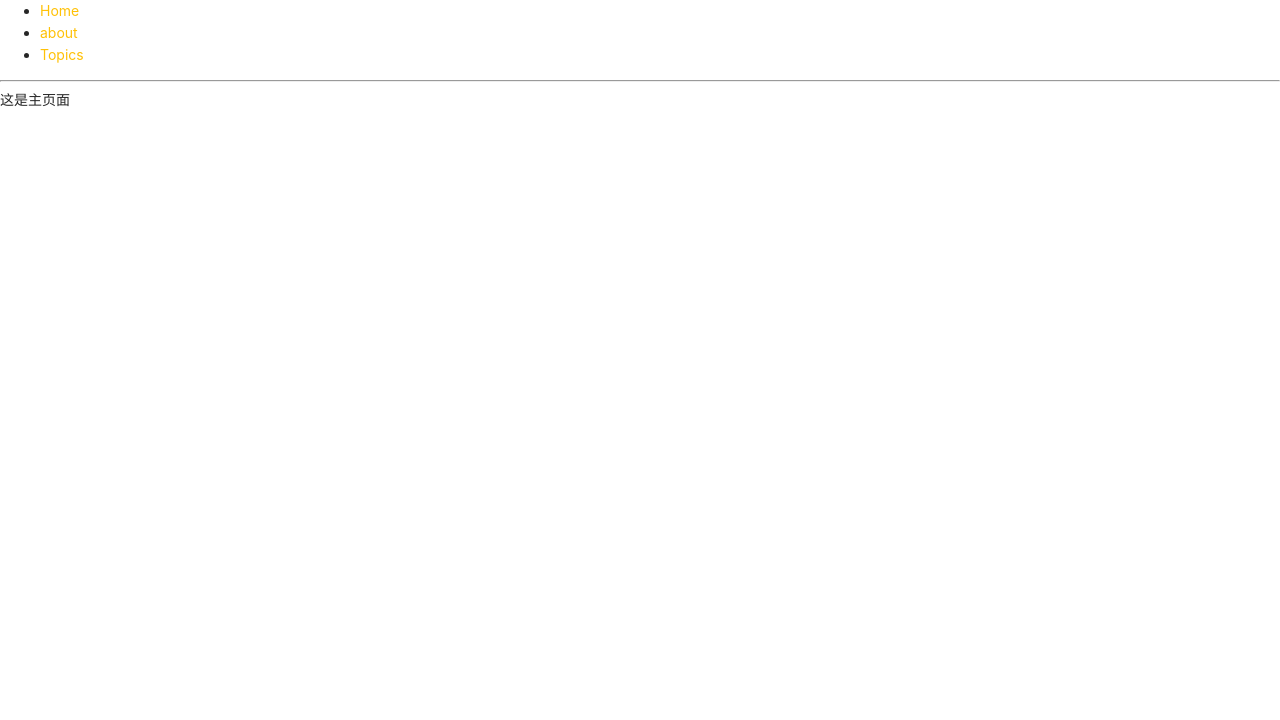
Repository: longjie31/lj-bike-sharing
Page: / (app in bike-sharing/)
These files come from the project's save history. The page is drawn as it stood at one moment and after a run of saves; the edit follows.
The browser window is 1280 px wide. The pictures show the whole page.
The project was rebuilt for these pictures with package versions that can differ from the ones it lists, and the page was loaded fresh each time. Also part of the build but not shown: bike-sharing/craco.config.js, bike-sharing/src/pages/route_demo/route1/about.js, bike-sharing/src/pages/route_demo/route1/topic.js.

Above is the page before, as saved 2020-07-31 15:35:37.

### bike-sharing/src/index.js
import React from 'react';
import ReactDOM from 'react-dom';
import './index.css';
//import App from './App';
// import Life from './pages/demo/life';
import Admin from './admin';
import * as serviceWorker from './serviceWorker';
import 'antd/dist/antd.less';
import Home from './pages/route_demo/route1/Home'
/* <Admin /> */
ReactDOM.render(
  <React.StrictMode>
    <Home />
  </React.StrictMode>,
  document.getElementById('root')
);

// If you want your app to work offline and load faster, you can change
// unregister() to register() below. Note this comes with some pitfalls.
// Learn more about service workers: https://bit.ly/CRA-PWA
serviceWorker.unregister();

### bike-sharing/src/pages/route_demo/route1/Home.js
import React from 'react'
import {HashRouter,Route,Link,Switch} from 'react-router-dom'
import Main from './main';
import About from './about';
import Topic from './topic';

export default class Home extends React.Component{
    render(){
        return(
            <HashRouter>
               <div>
                    <ul>
                        <li>
                            <Link to='/'>Home</Link>
                        </li>
                        <li>
                            <Link to='/about'>about</Link>
                        </li>
                        <li>
                            <Link to='/topics'>Topics</Link>
                        </li>
                    </ul>
                    <hr></hr>
                    <Switch>
                        <Route exact={true} path="/" component={Main}></Route>
                        <Route exact={true} path="/about" component={About}></Route>
                        <Route exact={true} path="/topics" component={Topic}></Route>
                    </Switch>
                </div>
            </HashRouter>
        );
    }
}

### bike-sharing/src/pages/route_demo/route1/main.js
import React from 'react'

export default class Main extends React.Component{
    render(){
        return(
               <div>
                    这是主页面
                </div>
        );
    }
}

### bike-sharing/src/admin.js
import React from 'react';
import { Row,Col } from 'antd';// 对象的解构，这样就是按需加载
import Header from './components/header/index';
import Footer from './components/footer/index';
import Navleft from './components/Navleft/index';
import Home from './pages/home/index';

import './style/component.less'
export default class Admin extends React.Component{
    // 内容,this.props.children就是ng里的router-outlet {this.props.children}
    render(){
        return (
            <Row className="container">
                <Col span="4" className="nav-left">
                    <Navleft></Navleft>
                </Col>
                <Col span="20" className="main">
                    <Header></Header>
                    <Row className="content">
                        <Home></Home>
                    </Row>
                    <Footer>
                    </Footer>
                </Col>
            </Row>
        );
    }
}

### bike-sharing/src/components/header/index.js
import React from 'react';
import { Row,Col } from 'antd';
import './index.less';
import Util from '../../utils/utils';
import axios from '../../axios/index';

export default class Header extends React.Component{
    state = {}
    // 天气接口值
    // http://api.map.baidu.com/telematics/v3/weather?location=成都&output=json&ak=3HtKGR9rFs5ofitNGG18EsrI25VUz4pU
    // 网上找的这个可以用
    // http://api.map.baidu.com/telematics/v3/weather?location=foshan&output=json&ak=3p49MVra6urFRGOT9s8UBWr2
    componentWillMount(){
        this.setState({
            userName:'破军'
        })
        setInterval(()=>{
            let sysTime = Util.formateDate(new Date().getTime());
            this.setState({
                sysTime
            })
        },1000)
        this.getWeatherAPIData();
    }

    getWeatherAPIData(){
        let city ='成都';
        axios.jsonp({
            url:'http://api.map.baidu.com/telematics/v3/weather?location='+ encodeURIComponent(city) +'&output=json&ak=3p49MVra6urFRGOT9s8UBWr2',
        }).then((res)=>{
            if(res.status==='success'){
                let data = res.results[0].weather_data[0];
                this.setState({
                    dayPictureUrl:data.dayPictureUrl,
                    weather:data.weather
                })

            }
        });
    }

    render(){
        return(
            <div className="header">
                <Row className="header-top">
                    <Col span="24">
                        <span>欢迎，{this.state.userName}</span>
                        <a href="#">退出</a>
                    </Col>
                </Row>
                <Row className="breadcrumb">
                    <Col span="4" className="breadcrumbTitle">
                        首页
                    </Col>
                    <Col span="20" className="weather">
                        <span className="date">
                            {this.state.sysTime}
                        </span>
                        <span className="weather-img">
                            <img src={this.state.dayPictureUrl} alt="" />
                        </span>
                        <span className="weather-detail">
                            {this.state.weather}
                        </span>
                    </Col>
                </Row>
            </div>
        );
    }
}

### bike-sharing/src/components/footer/index.js
import React from 'react';
import './index.less'
export default class Footer extends React.Component{
    render(){
        return(
            <div className="footer">
                版权所有：鸭脑壳（推荐使用谷歌浏览器，获得更佳体验），技术支持--鸭脑壳
            </div>
        );
    }
}

### bike-sharing/src/components/Navleft/index.js
import React from 'react';
import MenuConfig from './../../config/menuConfig'
import { Menu, Button } from 'antd';
import {
  AppstoreOutlined,
  MenuUnfoldOutlined,
  MenuFoldOutlined,
  PieChartOutlined,
  DesktopOutlined,
  ContainerOutlined,
  MailOutlined,
} from '@ant-design/icons';
import './index.less';

const { SubMenu } = Menu;


export default class Navleft extends React.Component{

    componentWillMount(){
        const menuTreeNode = this.renderMenu(MenuConfig);
        // 获取变量以后，要用setState存进去，一旦调用setState就会调用render
        this.setState({
            menuTreeNode
        });
    }

    // 菜单渲染 有子节点渲染submenu，没有子节点渲染menu.item这和antd里的一样
    renderMenu =(data)=>{
        return data.map((item)=>{
            if(item.children){
                return (
                    <SubMenu title={item.title} key={item.key}>
                        {this.renderMenu(item.children)}
                    </SubMenu>
                );
            }
        return <Menu.Item  title={item.title} key={item.key}>{item.title}</Menu.Item>
        })
    }

    render(){
        return(
            <div>
                <div className="logo">
                    <img src="/assets/icon_log.svg" alt=""/>
                    <h1>鸭之后台</h1>
                </div>
                <Menu theme='dark'>
                {this.state.menuTreeNode}
                </Menu>
            </div>
        );
    }
}

### bike-sharing/src/pages/home/index.js
import React from 'react'
import './index.less'
export default class Home extends React.Component{

    render(){
        return(
            <div className="home-wrap">
                欢迎来到，主页面
            </div>
        );
    }
}

### bike-sharing/src/style/component.less
@import './default.less';

.container{
    .nav-left{
        background-color: #001529;
        min-width: 180px;
        height: calc(100vh);
    }
    .main{
        height: calc(100vh);
        background-color: @colorL;
        .content{
            padding: 20px;
        }
    }
}

### bike-sharing/src/components/header/index.less
@import './../../style/default.less';
.header{
    background-color: @colorM;
    .header-top{
        text-align: right;
        height: 60px;
        line-height: 60px;
        padding: 0 20px;
        a{
            margin-left: 1em;
        }
    }
    .breadcrumb{
        height: 40px;
        line-height: 40px;
        padding: 0 20px;
        border-top: 1px solid #ffc107;
        .breadcrumbTitle{
            text-align: center;
            font-size: @fontC;
            &:after{
                position: absolute;
                content: '';
                left: 50px;
                top:39px;
                left:117px;
                border-top: 9px solid @colorM;
                border-left: 12px solid transparent;
                border-right: 12px solid transparent;
            }
        }
        .weather{
            text-align: right;
            font-size: 14px;
            .date{
                margin-right: 1em;
            }
            .weather-img{
                img{
                    height: 15px;
                    vertical-align: middle;
                }
            }
            .weather-detail{
                padding-left: 0.5em;
                vertical-align: middle;
            }
        }
    }
}

### bike-sharing/src/utils/utils.js
export default {
    formateDate(time) {
        if (!time) return '';
        let date = new Date(time);
        return date.getFullYear() + '-' + (date.getMonth() + 1) + '-' + date.getDate() + ' ' +date.getHours() + ':' + date.getMinutes() + ':' + date.getSeconds();
    }
}

### bike-sharing/src/axios/index.js
// 调用方法统一的封装(相当于拦截器)
import JsonP from 'jsonp'
export default class Axios{
    static jsonp(options){
        return new Promise((resolve,reject)=>{
            JsonP(options.url,{
                param:'callback'
            },function(err,response){
                if(response.status === 'success'){
                    resolve(response);
                }else{
                    reject(response.message);
                }
            })
        })
    }
}

### bike-sharing/src/components/footer/index.less
@import './../../style/default.less';

.footer{
    height: 100px;
    line-height: 100px;
    padding: 40px 0;
    text-align: center;
    color: @colorJ;
}

### bike-sharing/src/config/menuConfig.js
const menuList = [
    {
        title:'首页',
        key:'/admin/home'
    },
    {
        title:'UI',
        key:'/admin/ui',
        children:[
            {
                title:'按钮',
                key:'/admin/ui/buttons'
            },
            {
                title:'弹窗',
                key:'admin/ui/modals'
            },
            {
                title:'Loading',
                key:'admin/ui/loading'
            }
        ]
    }
];
export default menuList;

### bike-sharing/src/components/Navleft/index.less
.logo {
    line-height: 90px;
    padding-left: 20px;
    background-color: #001540;

    img {
        height: 35px;
    }

    h1 {
        color: #ffffff;
        font-size: 20px;
        display: inline-block;
        vertical-align: middle;
        padding-left: 10px;
        margin: 0 0 0 10px;
    }
}

.ant-menu {
    height: calc(100% - 91.5px);
}

### bike-sharing/src/pages/home/index.less
@import './../../style/default.less';

.home-wrap{
    background-color: @colorM;
    height: calc(65vh);
    width: 100%;
    display: flex;
    align-items: center;
    justify-content: center;
    font-size: 20px;
}

### bike-sharing/src/style/default.less
@colorJ:#d7d7d7;
@colorL:#f1f3f5;
@colorM:#ffffff;
/* 常用字体大小 */
@fontC:18px;

Loaded but not shown: bike-sharing/public/index.html (common file); bike-sharing/src/index.css (common file); bike-sharing/src/serviceWorker.js (common file)

After the next 5 saves:
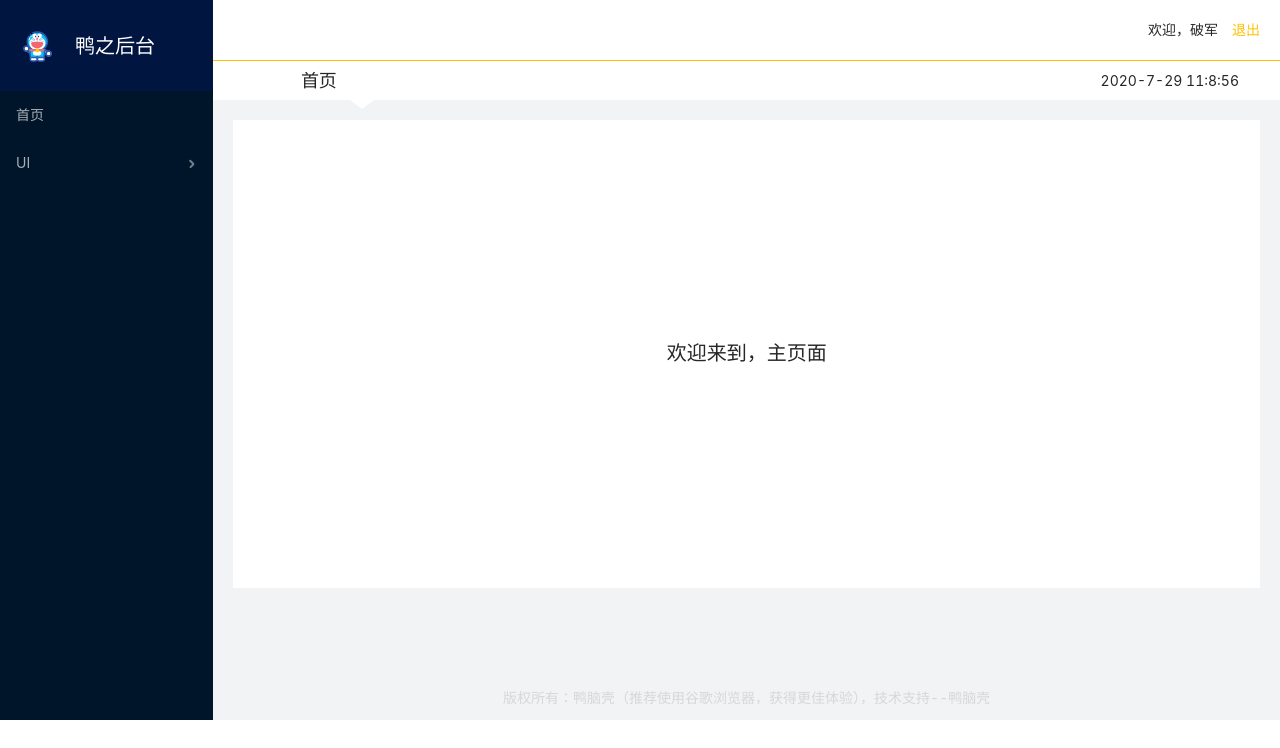
The 5 saves are shown as one change because they came seconds apart.
The last was saved 5 days later.
--- a/bike-sharing/src/index.js
+++ b/bike-sharing/src/index.js
@@ -7,10 +7,11 @@ import Admin from './admin';
 import * as serviceWorker from './serviceWorker';
 import 'antd/dist/antd.less';
 import Home from './pages/route_demo/route1/Home'
-/* <Admin /> */
+/* <Home /> */
+
 ReactDOM.render(
   <React.StrictMode>
-    <Home />
+    <Admin />
   </React.StrictMode>,
   document.getElementById('root')
 );
